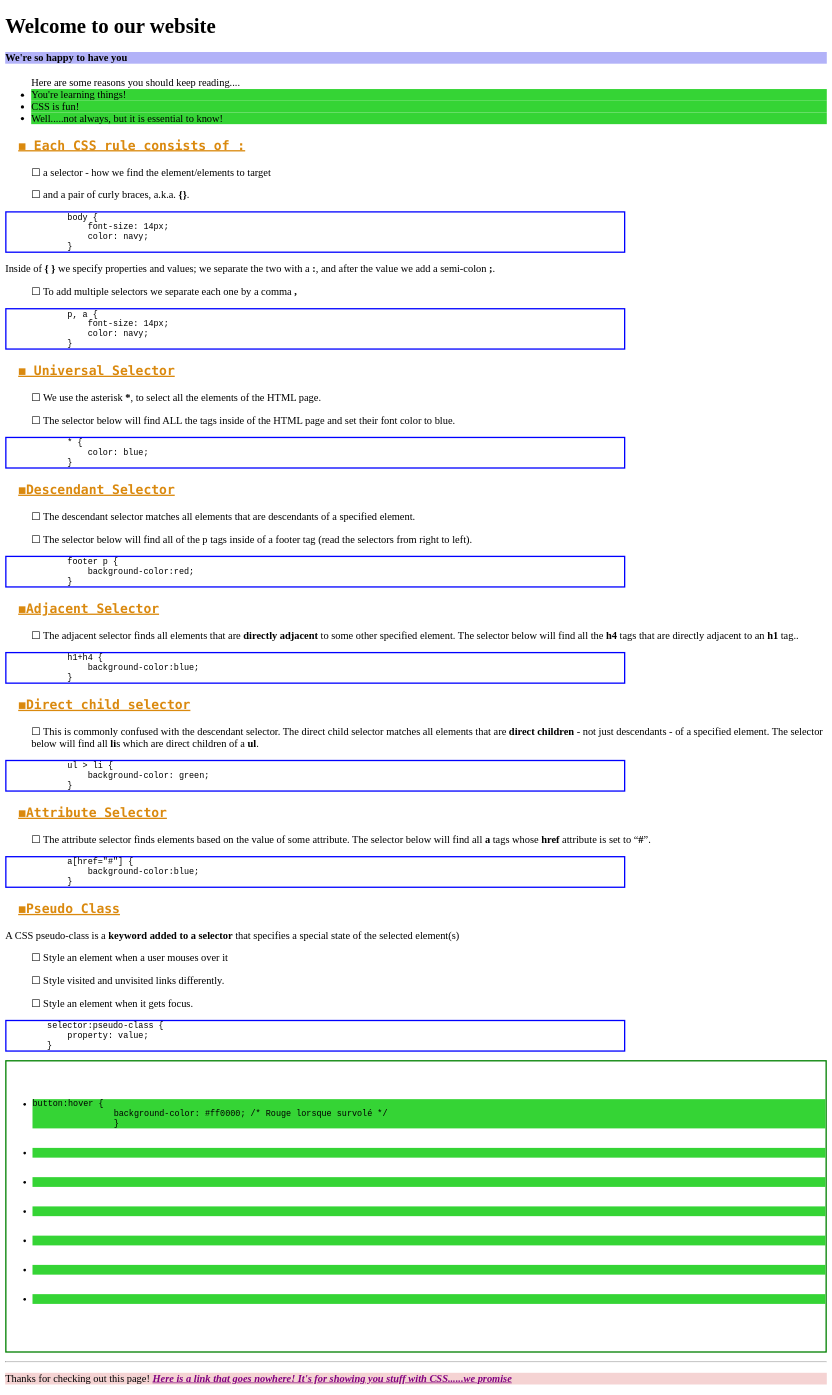
Repository: AnnaSpirit/Tests__
Page: CSS/Useful_Selectors.html
An editor plug-in stored every save of this project. The page is shown before and after the next save, followed by the edit.
The browser window is 1280 px wide. The pictures show the whole page, at 65% of full size.

Above is the page before, as saved 2024-04-01 18:03:29.

After the next save:
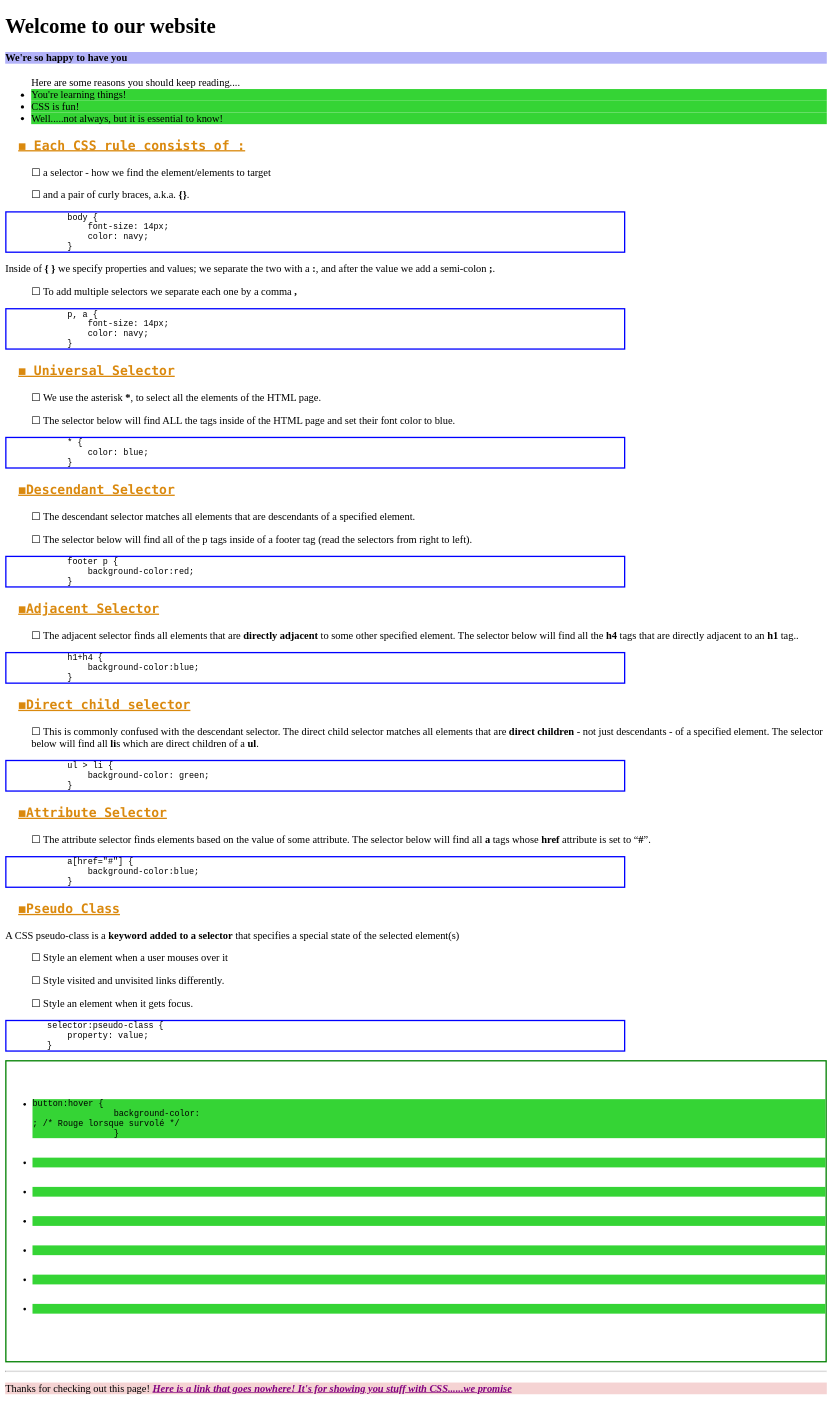
Saved 15 s later.
--- a/CSS/Useful_Selectors.html
+++ b/CSS/Useful_Selectors.html
@@ -99,7 +99,7 @@
         <pre style="border: 2px solid green";>
             <ul>
                 <li>button:hover {
-                background-color: #ff0000; /* Rouge lorsque survolé */
+                background-color: <div id="red"></div>; /* Rouge lorsque survolé */
                 }</li>
                 <li></li>
                 <li></li>

After the save that followed:
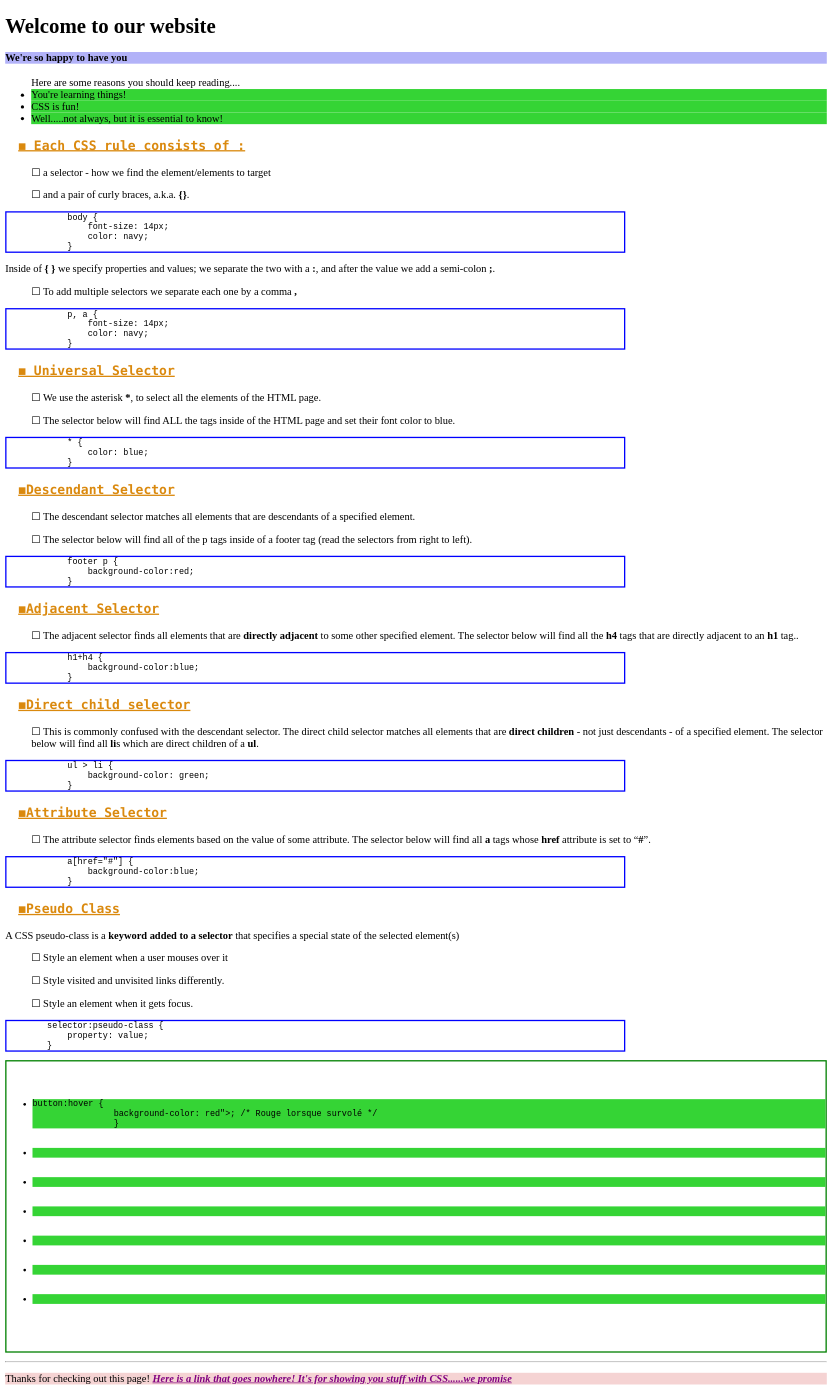
Saved 7 s later.
--- a/CSS/Useful_Selectors.html
+++ b/CSS/Useful_Selectors.html
@@ -99,7 +99,7 @@
         <pre style="border: 2px solid green";>
             <ul>
                 <li>button:hover {
-                background-color: <div id="red"></div>; /* Rouge lorsque survolé */
+                background-color: red"></div>; /* Rouge lorsque survolé */
                 }</li>
                 <li></li>
                 <li></li>
